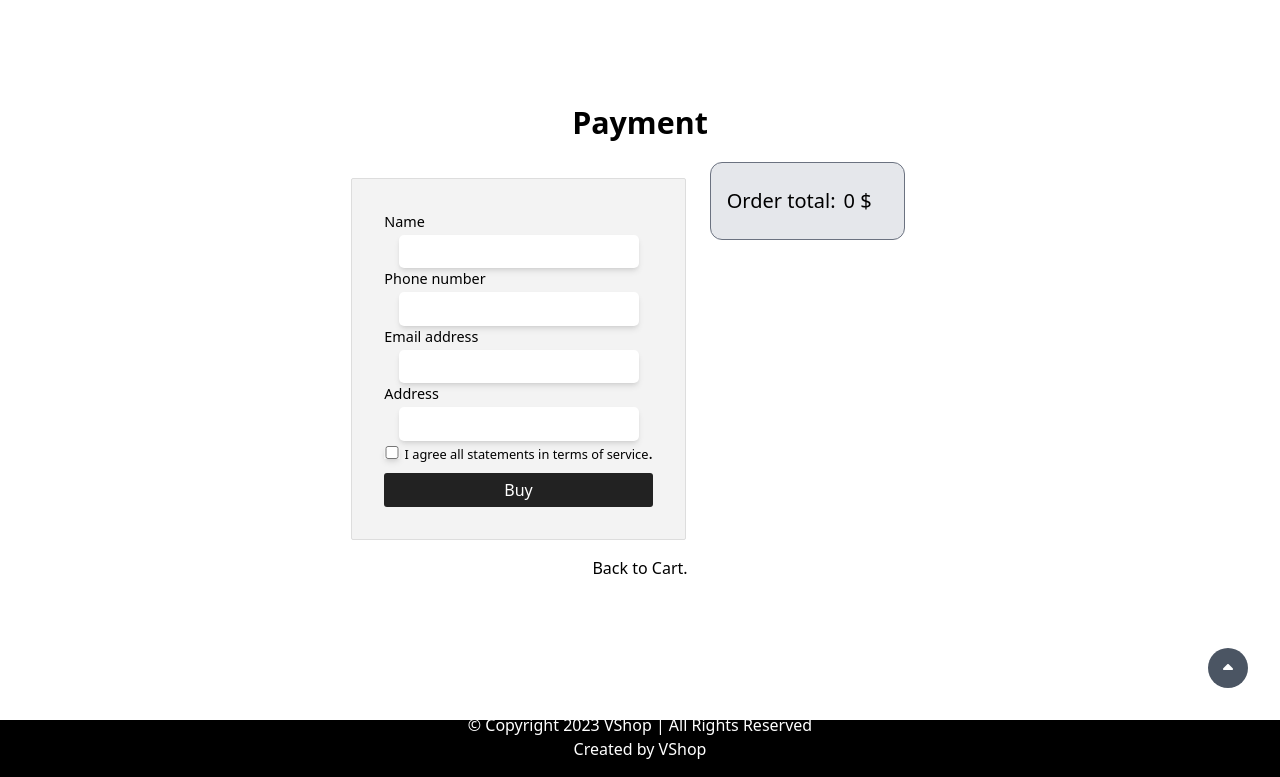
Repository: Kith933UTH/VSHOP
Page: /payment
These files come from the project's save history. The page is drawn as it stood at one moment and after the next save; the edit follows.
The browser window is 1280 px wide. The pictures show the whole page.
Pictures or frames that could not be fetched are drawn as grey boxes. The project was rebuilt for these pictures with package versions that can differ from the ones it lists, and the page was loaded fresh each time. Also part of the build but not shown: src/components/product-item/ProductItem.js, src/components/loader/Loader.js, src/constants/constants.js, src/components/product-filters/Category.js, src/components/product-filters/Price.js, src/components/product-filters/Rating.js, src/components/product-filters/ProductFilters.js, src/components/cart-shopping/CartEmpty.js and 20 more.

Above is the page before, as saved 2023-08-04 21:39:34.

After the next save:
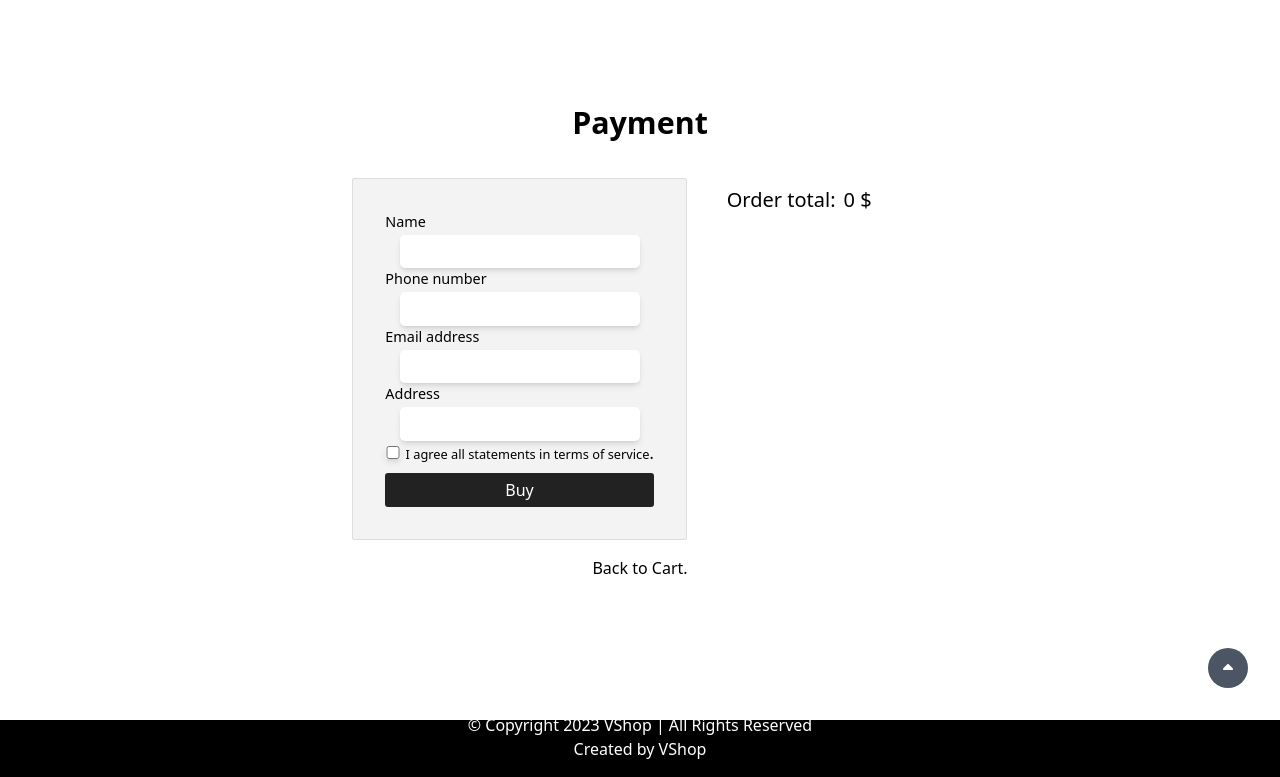
Saved 30 s later.
--- a/src/components/payment/Payment.js
+++ b/src/components/payment/Payment.js
@@ -39,7 +39,7 @@ export function Payment({login}) {
                 </form>
                 <div className={`px-1 py-2 sm:py-4 sm:px-6 ${cart.length > 2 ? 'box-item' : ''}`}>
                     {cart.map(item => <CartItemPayment key={item.id} item={item}/>)}
-                    <div className='bg-gray-200 w-fit py-3 px-2 rounded-xl border border-gray-500 flex flex-col justify-between items-center sm:flex-row sm:py-6 sm:px-4'>
+                    <div className='w-fit py-3 px-2 rounded-xl flex flex-col justify-between items-center sm:flex-row sm:py-6 sm:px-4'>
                         <div className='mr-0 sm:mr-4'>
                             <span className='mr-2 text-base sm:text-xl'>Order total:</span>
                             <span className='text-base sm:text-xl'>{totalPrice()} $</span>
